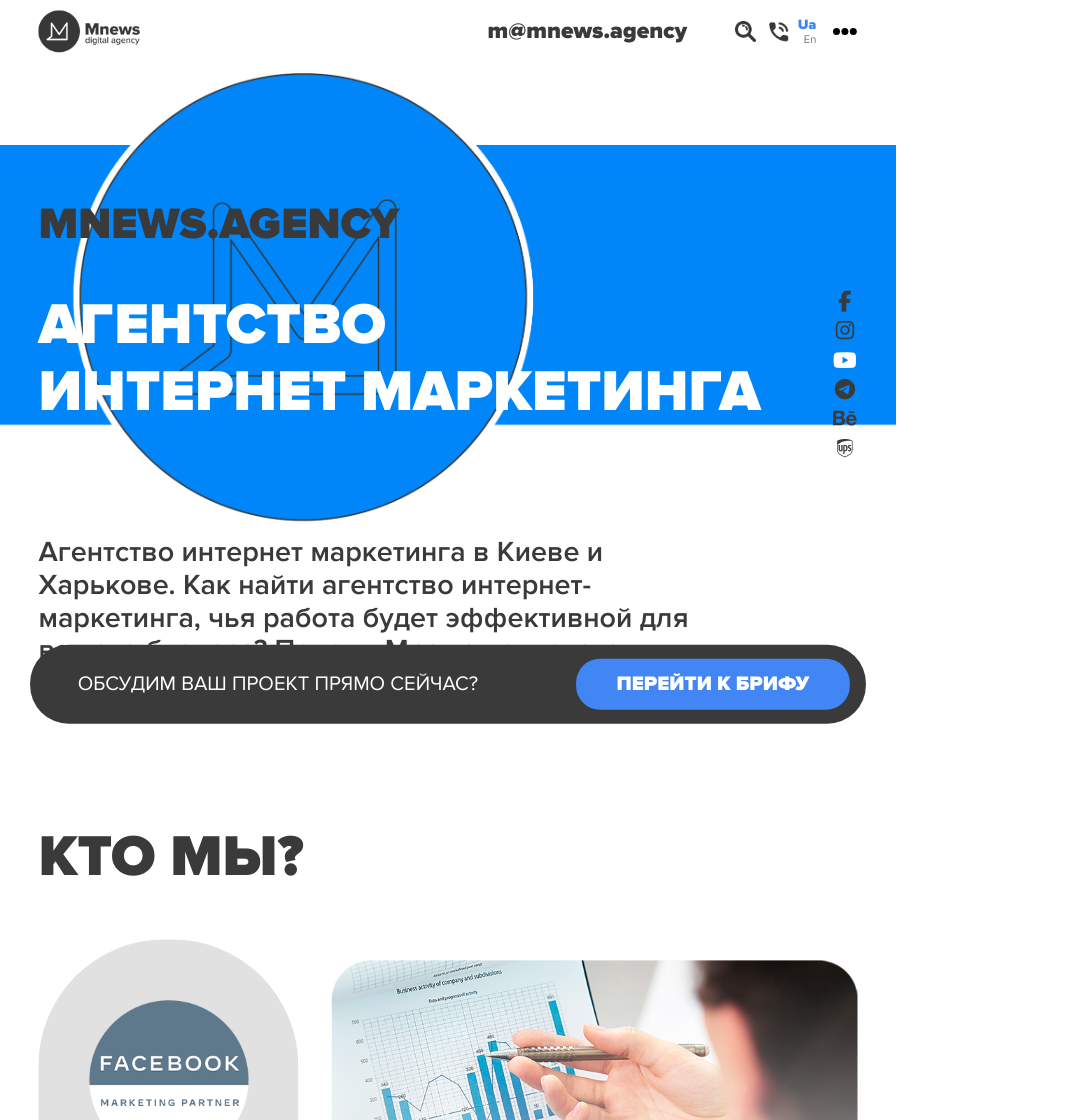
Repository: fanbear/Mnews
Page: index.html
The author's editor kept a copy of each file at every save. The page is drawn from the files as they stood at one save, then again after the next save.
The browser window is 1280 px wide. The page is 1525 px wide, so the pictures cover 1525 px, including what lies to the right of the window. The pictures show the part of the page from y = 0 to 1600 px (the page is 4139 px tall), at 70% of full size.
Some web libraries are served in a nearby version.

Above is the page before, as saved 2022-07-26 21:17:47.

After the next save:
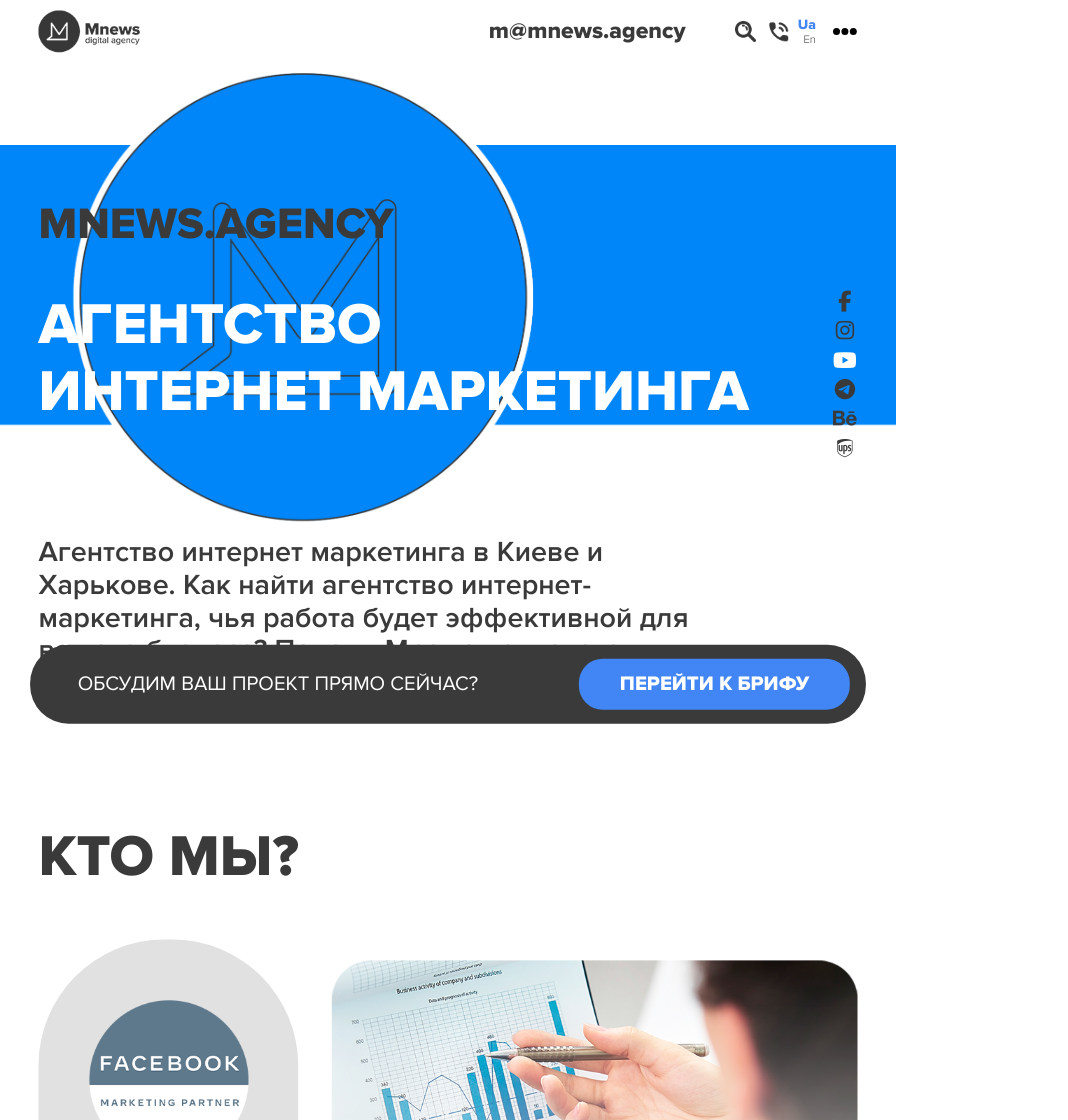
Saved 8 s later.
--- a/css/critical.css
+++ b/css/critical.css
@@ -357,6 +357,6 @@
 @font-face {
     font-family: "ProximaNova";
     src: url("../fonts/ProximaNova-Extrabld.ttf") format("truetype");
-    font-style: italic;
+    font-style: normal;
     font-weight: 700;
 }
